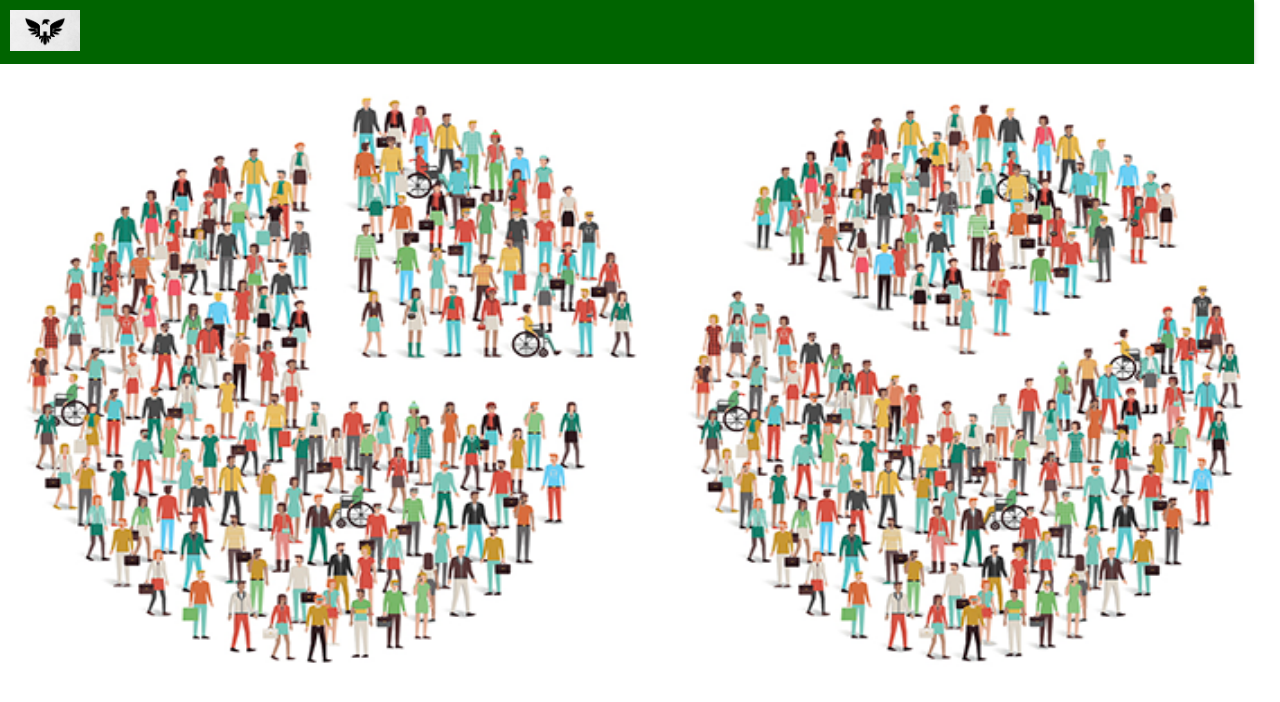
Repository: deepakgautam/SurveyApplication
Page: / (app in client/)
An editor plug-in stored every save of this project. The page is shown before and after the next save, followed by the edit.
The browser window is 1280 px wide. The pictures show the whole page.
The page's requests for data from a server got no answer. The project was rebuilt for these pictures with package versions that can differ from the ones it lists, and the page was loaded fresh each time. No one was signed in, and anything a server would have sent is missing. Also part of the build but not shown: client/src/components/payments.js, client/src/components/surveys/surveyList.js, client/src/components/dashboard.js, client/src/components/surveys/surveyFields.js, client/src/utils/validateEmails.js, client/src/components/surveys/formFields.js, client/src/components/surveys/surveyForm.js, client/src/components/surveys/surveyFormReview.js and 1 more.

Above is the page before, as saved 2018-06-24 22:06:42.

### client/src/index.js
import React from 'react';
import ReactDOM from 'react-dom';
import 'materialize-css/dist/css/materialize.min.css'
import { Provider } from 'react-redux';
import { createStore, applyMiddleware,compose } from 'redux';
import RootReducers from './reducers';
import promiseMiddleware from 'redux-promise-middleware'
import reduxThunk from 'redux-thunk';
import App from './containers/App.js'

import axios from 'axios';

window.axios = axios ;
const composeEnhancers = window.__REDUX_DEVTOOLS_EXTENSION_COMPOSE__ || compose;

const createStoreWithMiddleware = createStore(
  RootReducers,
  composeEnhancers(
    applyMiddleware(
      reduxThunk,)
  ),
);
ReactDOM.render(
  <Provider store={createStoreWithMiddleware}>
    <App />
  </Provider>
  , document.querySelector('#root')
);

### client/src/reducers/index.js
import { combineReducers } from 'redux';
import AuthReducer from './AuthReducer';
import {reducer as FormReducerRedux} from 'redux-form';
import surveyReducer from './surveysReducers'

/* this is the root reducers  for all  reducers
   state is the state the Application state
   all these keys {AuthData,....} are available
   as the key of the application state and used in the react
*/
const rootReducer = combineReducers({
   AuthUser : AuthReducer,
   form :FormReducerRedux,
   surveyRecord : surveyReducer

});
export default rootReducer;

### client/src/containers/App.js
import React,{Component} from 'react';
import Header from '../components/header';
import Landing from '../components/landing';
import Dashboard from '../components/dashboard';
import {BrowserRouter, Route} from 'react-router-dom';
import {connect } from 'react-redux';
import * as actions from '../actions/index';
import {bindActionCreators} from 'redux';
import NewSurveys from '../components/surveys/newSurveys.js'
import Background from '../images/Year-end-survey-712.png'

class  App extends Component {
    constructor(){
        super ();
        this.state = { windowHeight : window.innerHeight+'px'};
    }
    componentDidMount() {
        this.props.currentUserAction();
    }
    getStyle() {
           return  {
            width: "100%",
            height: this.state.windowHeight,
            backgroundImage:`url(${Background})`,
            backgroundPosition: "center",
            backgroundRepeat: "no-repeat",
            backgroundSize: "cover",
            maxHeight: "100%",
            backgroundSize:"100% 100%",
            marginTop : '64px'
            }
    }
   render () {
    let height = this.state.windowHeight;
    return (
        <div className="container">
            <BrowserRouter>
                <div>
                  <Header/>
                  <Route exact path ="/landing" component ={Landing} />
                  <Route exact path ="/surveys/new" component ={NewSurveys} />
                  <Route exact path ="/dashboard" component ={Dashboard} />
                  <Route exact path ="/" component ={Landing} />
               </div>
            </BrowserRouter>
        </div>
    )
   };
}

function mapStateToProps(state) {
    return {
      currentUser : state.AuthUser
    };
  }
function mapDispatchToProps(dispatch) {
    return bindActionCreators({currentUserAction: actions.fetchUser}, dispatch);
}
export default connect(mapStateToProps, mapDispatchToProps)(App);

### client/src/reducers/AuthReducer.js
import {FETCH_USER} from '../utils/constants'
export default function(state = null, action) {
    if(typeof action == 'undefined') return state;
    switch(action.type) {
        case FETCH_USER :
        {
            console.log('action payload',action.payload);
            return action.payload || false;
            break;
        }
    }
    return state;
};

### client/src/reducers/surveysReducers.js
import {FETCH_SURVEYS} from '../utils/constants'
export default function (state =[] ,action){
    switch(action.type)  {
        case FETCH_SURVEYS :
        return action.payload;
        default :
        return state;
    }
}

### client/src/components/header.js
import '../css/navBar.css'
import React,{Component} from 'react';
import {Link} from 'react-router-dom';
import {connect } from 'react-redux';
import Payments from './payments'
import Background from '../images/Year-end-survey-712.png'
class  Header extends Component {
  renderHeader() {
    switch(this.props.AuthUser) {
      case null:
        return ;
        break;
      case false:
      return   <li><a href="auth/google">Login With Google</a></li>;
      default :
      return  [
               <li key="1"><Payments/></li>,
               <li key = "2" style= {{"margin":"0 10px"}}>Credit {this.props.AuthUser.credit}</li>,
               <li key="2"><a href="api/logout">Logout</a></li>
              ];
    }
 }
 render(){
    return (
      <nav>
        <div className="nav-wrapper">
          <Link
           to ={this.props.AuthUser ? '/surveys' : '/'}
           className="left brand-logo"><img src={require('../images/logo2.jpg')}
            style ={{maxHeight:70, maxWidth:70, margin:10}}/>
          </Link>
          <ul id="nav-mobile" className="right hide-on-med-and-down">
            {this.renderHeader()}
          </ul>
        </div>
      </nav>
    );
  }
}
function mapStateToProps(state) {
  return {
    AuthUser : state.AuthUser
  };
}
export default connect(mapStateToProps)(Header);

### client/src/components/landing.js
import React,{Component} from 'react';
import Background from '../images/Year-end-survey-712.png'
class  Landing  extends Component {
    constructor(){
        super ();
        this.state = { windowHeight : window.innerHeight-64+'px'};
    }
    getStyle() {
        return  {
         width: "100%",
         height: this.state.windowHeight,
         backgroundImage:`url(${Background})`,
         backgroundPosition: "center",
         backgroundRepeat: "no-repeat",
         backgroundSize: "cover",
         maxHeight: "100%",
         backgroundSize:"100% 100%",
         }
    };
    render () {
        return (
         <div style ={this.getStyle()}></div>
        )
    }
};
export default Landing;

### client/src/actions/index.js
import axios from 'axios';
import {FETCH_USER,FETCH_SURVEYS} from '../utils/constants'

// export const  fetchUser = () =>{
//     return async function(dispatch) {
//      const user=  await axios.get('/api/current_user');
//      dispatch({type: FETCH_USER ,payload: user});
//     }
// }
//es6 syntax of above function
export const  fetchUser = () =>async (dispatch) =>{
    const res = await axios.get('/api/current_user');
    dispatch({type: FETCH_USER ,payload: res.data});
};
export const  handelPaymentTocken = (token) =>async (dispatch) =>{
    const res = await axios.post('/api/stripe',token);
    dispatch({type: FETCH_USER ,payload: res.data});
};

export const submitSurvey = (values,history) =>async (dispatch) =>{
     console.log('sending survey data ',values);
     const res = await axios.post('/api/surveys',values); // res will contains updates user with deducted credits
     history.push('/surveys');
     dispatch({type : FETCH_USER,payload : res.data});

};

export const fetchSurveys = () =>async (dispatch) =>{
     const res = await axios.get('/api/surveysList');
     dispatch({type : FETCH_SURVEYS,payload : res.data});
};

### client/src/utils/constants.js
export const FETCH_USER = 'fetch user';
export const FETCH_DETAILS = 'fetch details';
export const FETCH_SURVEYS = 'fetch surveys';

### client/src/css/navBar.css
#nav-mobile {
    display: block !important
}
#root > div > div > nav {
    background-color : #006400;
    width: 98%;
    margin: 10px,0px;
}
.container {
    max-width: 100%;
    width: 100%;
}

Loaded but not shown: client/public/index.html (common file)

After the next save:
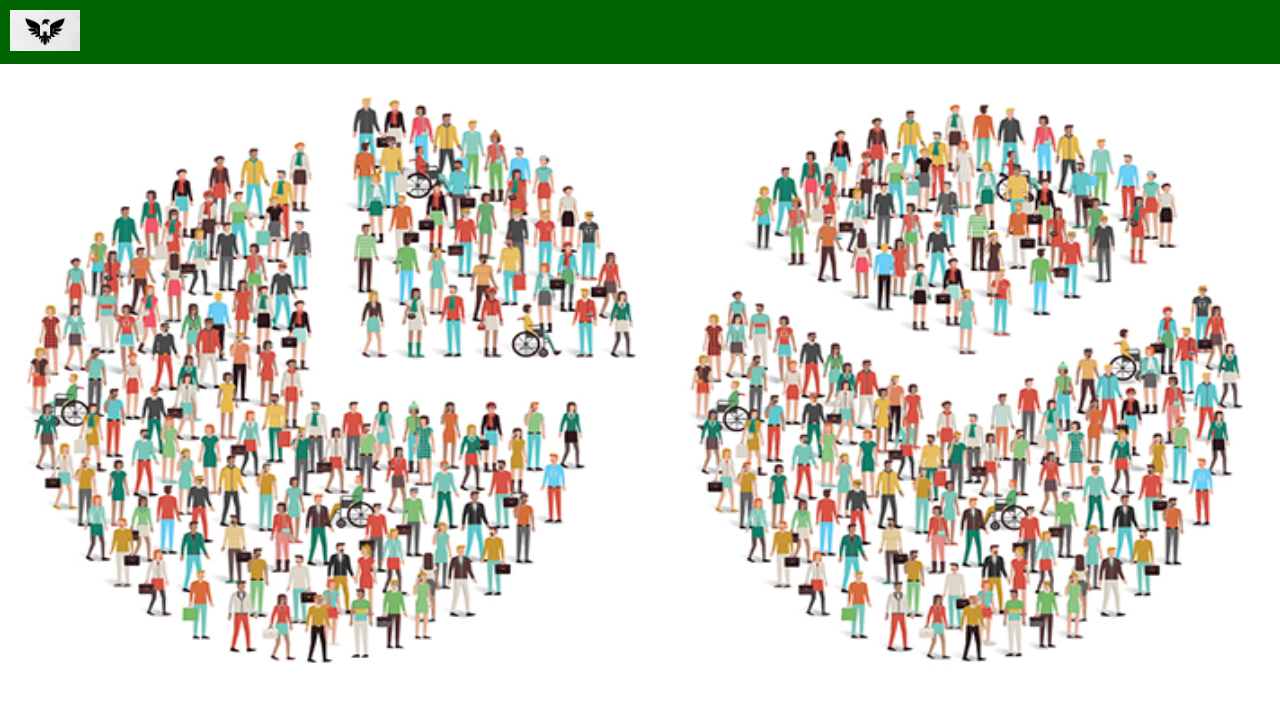
Saved 75 s later.
--- a/client/src/css/navBar.css
+++ b/client/src/css/navBar.css
@@ -3,7 +3,7 @@
 }
 #root > div > div > nav {
     background-color : #006400;
-    width: 98%;
+    width: 100%;
     margin: 10px,0px;
 }
 .container {
